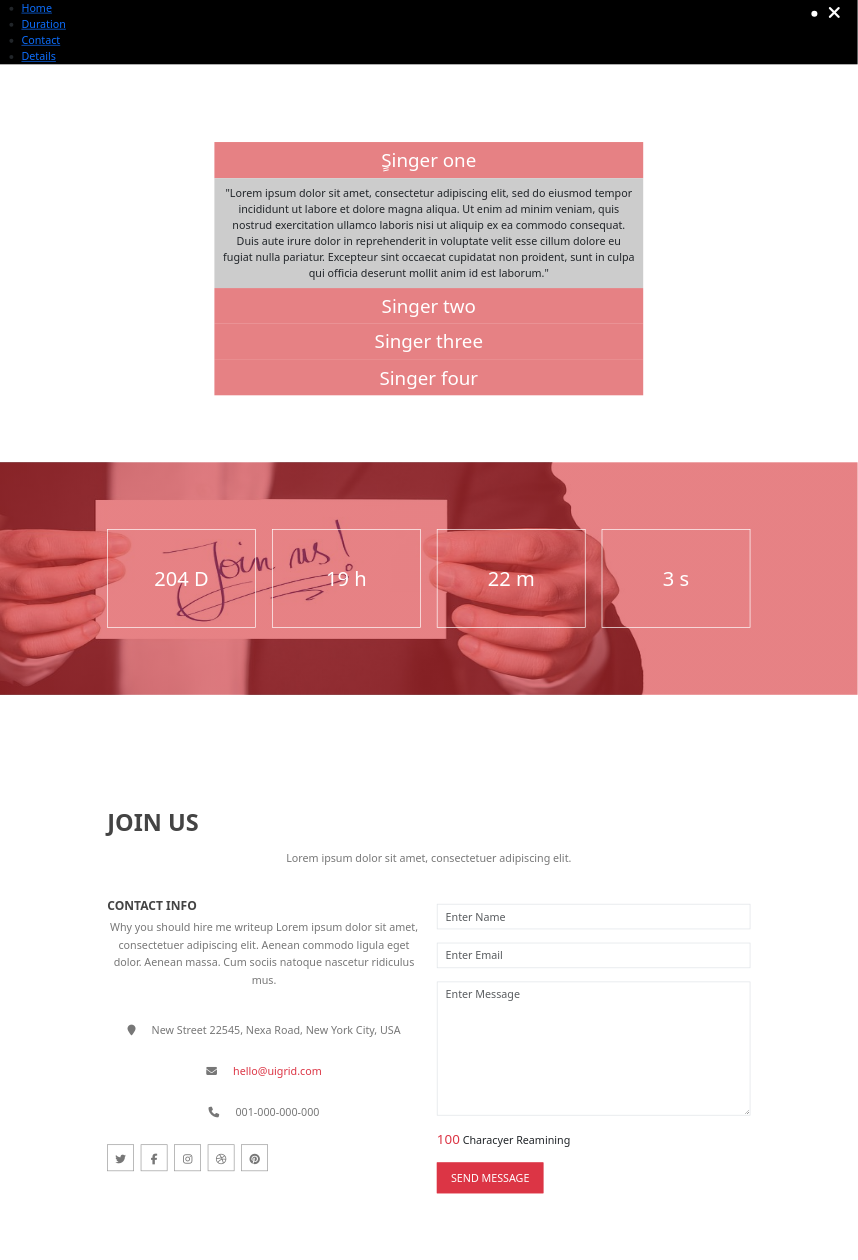
Repository: HagarYousry/jQuery
Page: index.html
The author's editor kept a copy of each file at every save. The page is drawn from the files as they stood at one save, then again after a run of saves.
The browser window is 1280 px wide. The pictures show the whole page, at 67% of full size.

Above is the page before, as saved 2024-07-25 18:00:05.

### index.html
<!DOCTYPE html>
<html lang="en">

<head>
    <meta charset="UTF-8">
    <meta name="viewport" content="width=device-width, initial-scale=1.0">
    <title>Egyption party</title>
    <!-- web fonts  -->
    <link rel="stylesheet" href="css/all.min.css">
    <!-- bootstrap -->
    <link rel="stylesheet" href="css/bootstrap.min.css">
    <!-- main css -->
    <link rel="stylesheet" href="css/main.css">
</head>

<body>
    <div id="home">
        <div class="home-content">

            <div class="sideNav bg-black">
                <ul>
                    <li class="p-0 closeIcon">
                        <i class="fa-solid fa-xmark "></i>
                    </li>
                     <li ><a class="sideNav-link" href="#home">Home</a></li>
                     <li ><a class="sideNav-link" href="#Acordion">Duration</a></li>
                     <li ><a class="sideNav-link" href="#contact">Contact</a></li>
                     <li ><a class="sideNav-link" href="#count">Details</a></li>
                </ul>
            </div>


        </div>
    </div>










    <!-- ! start sideNav section -->
    <!-- <section id="sideNav">
        <div class="navAnchor bg-black">
            <ul>
                <li class="p-0 closeIcon">
                    <i class="fa-solid fa-xmark "></i>
                </li>
                 <li ><a class="sideNav-link" href="#home">Home</a></li>
                 <li ><a class="sideNav-link" href="#Acordion">Duration</a></li>
                 <li ><a class="sideNav-link" href="#contact">Contact</a></li>
                 <li ><a class="sideNav-link" href="#count">Details</a></li>
            </ul>
        </div>

        <div class="navIcon align-self-center bg-danger bg-opacity-50 m-1 text-white p-2">
            <div class="navIcon-content d-flex align-items-center">
                <i class="fa-solid fa-bars"></i>
                <h4 class="ms-2">open</h4>
            </div>
        </div>
    </section> -->
    <!--! end sideNav section -->

    <!--! start header section  -->
    <!-- <header id="home" class="d-flex justify-content-center align-items-center flex-column">
        <div class="home-content text-center text-white">
            <h1>ُEgyption Party</h1>
            <p>Let's have Fun</p>
        </div>
    </header> -->
    <!--! end header section  -->

    <!-- start Acordion section  -->
    <section id="Acordion" class="text-center">

        <div class="container-fluid w-50 ">
            <h3 class="toggle ">ٍSinger one</h3>
            <div class="inner first">"Lorem ipsum dolor sit amet, consectetur adipiscing elit, sed do eiusmod tempor
                incididunt ut labore et dolore magna aliqua. Ut enim ad minim veniam, quis nostrud exercitation ullamco
                laboris nisi ut aliquip ex ea commodo consequat. Duis aute irure dolor in reprehenderit in voluptate
                velit
                esse cillum dolore eu fugiat nulla pariatur. Excepteur sint occaecat cupidatat non proident, sunt in
                culpa
                qui officia deserunt mollit anim id est laborum."
            </div>


            <h3 class="toggle">Singer two</h3>
            <div class="inner">"Sed ut perspiciatis unde omnis iste natus error sit voluptatem accusantium doloremque
                laudantium, totam rem aperiam, eaque ipsa quae ab illo inventore veritatis et quasi architecto beatae
                vitae
                dicta sunt explicabo. Nemo enim ipsam voluptatem quia voluptas sit aspernatur aut odit aut fugit, sed
                quia
                consequuntur magni dolores eos qui ratione voluptatem sequi nesciunt. Neque porro quisquam est, qui
                dolorem
                ipsum quia dolor sit amet, consectetur, adipisci velit, sed quia non numquam eius modi tempora incidunt
                ut
                labore et dolore magnam aliquam quaerat voluptatem. Ut enim ad minima veniam, quis nostrum
                exercitationem
                ullam corporis suscipit laboriosam, nisi ut aliquid ex ea commodi consequatur? Quis autem vel eum iure
                reprehenderit qui in ea voluptate velit esse quam nihil molestiae consequatur, vel illum qui dolorem eum
                fugiat quo voluptas nulla pariatur?"
            </div>


            <h3 class="toggle">Singer three</h3>
            <div class="inner">"But I must explain to you how all this mistaken idea of denouncing pleasure and praising
                pain was born and I will give you a complete account of the system, and expound the actual teachings of
                the
                great explorer of the truth, the master-builder of human happiness. No one rejects, dislikes, or avoids
                pleasure itself, because it is pleasure, but because those who do not know how to pursue pleasure
                rationally
                encounter consequences that are extremely painful. Nor again is there anyone who loves or pursues or
                desires
                to obtain pain of itself, because it is pain, but because occasionally circumstances occur in which toil
                and
                pain can procure him some great pleasure. To take a trivial example, which of us ever undertakes
                laborious
                physical exercise, except to obtain some advantage from it? But who has any right to find fault with a
                man
                who chooses to enjoy a pleasure that has no annoying consequences, or one who avoids a pain that
                produces no
                resultant pleasure?"
            </div>


            <h3 class="toggle">Singer four</h3>
            <div class="inner">"At vero eos et accusamus et iusto odio dignissimos ducimus qui blanditiis praesentium
                voluptatum deleniti atque corrupti quos dolores et quas molestias excepturi sint occaecati cupiditate
                non
                provident, similique sunt in culpa qui officia deserunt mollitia animi, id est laborum et dolorum fuga.
                Et
                harum quidem rerum facilis est et expedita distinctio. Nam libero tempore, cum soluta nobis est eligendi
                optio cumque nihil impedit quo minus id quod maxime placeat facere possimus, omnis voluptas assumenda
                est,
                omnis dolor repellendus. Temporibus autem quibusdam et aut officiis debitis aut rerum necessitatibus
                saepe
                eveniet ut et voluptates repudiandae sint et molestiae non recusandae. Itaque earum rerum hic tenetur a
                sapiente delectus, ut aut reiciendis voluptatibus maiores alias consequatur aut perferendis doloribus
                asperiores repellat."

            </div>

        </div>
    </section>
    <!-- end Acordion section  -->

    <!-- start count section  -->
    <section id="count">
        <div class="container-fluid w-75 text-center text-white">
            <div class="row">
                <div class="col-md-3">
                    <div class="time">
                        <span class="days">00</span>
                    </div>
                </div>

                <div class="col-md-3">
                    <div class="time">
                        <span class="hours">00</span>
                    </div>
                </div>

                <div class="col-md-3">
                    <div class="time">
                        <span class="minutes">00</span>
                    </div>
                </div>

                <div class="col-md-3">
                    <div class="time">
                        <span class="seconds">00</span>
                    </div>
                </div>

            </div>
        </div>
    </section>
    <!-- end count section  -->

    <!-- start contact-us section  -->
    <section id="contact">
        <div class="container-fluid w-75">
            <div class="head">
                <h2 class="text-uppercase fw-bold">Join Us</h2>
                <p class="text-center">Lorem ipsum dolor sit amet, consectetuer adipiscing elit.</p>
            </div>
            <div class="row mt-5">
                <div class="col-md-6">
                    <div class="col-info">
                        <h3 class="text-uppercase">CONTACT INFO</h3>
                        <p class="text-center">Why you should hire me writeup Lorem ipsum dolor sit amet, consectetuer
                            adipiscing elit.
                            Aenean commodo ligula eget dolor. Aenean massa. Cum sociis natoque nascetur ridiculus mus.
                        </p>

                        <div class="icons text-center">
                            <p><i class="fa fa-map-marker"></i> New Street 22545, Nexa Road, New York City, USA</p>

                            <p class="text-danger"><i class="fa fa-envelope"></i> hello@uigrid.com</p>
                            <p><i class="fa fa-phone"></i> 001-000-000-000</p>
                        </div>

                        <div class="social d-flex align-items-center">

                            <i class="fab fa-twitter fa-fw"></i>
                            <i class="fab fa-facebook-f fa-fw"></i>
                            <i class="fab fa-instagram fa-fw"></i>
                            <i class="fab fa-dribbble fa-fw"></i>
                            <i class="fab fa-pinterest fa-fw"></i>

                        </div>
                    </div>
                </div>

                <div class="col-md-6">
                    <form>

                        <input class="form-control mt-2" type="text" placeholder="Enter Name">
                        <input class="form-control" type="email" placeholder="Enter Email">
                        <textarea class="form-control " placeholder="Enter Message"></textarea>
                        <span id="chars" class="text-danger">100</span> Characyer Reamining
                        <button class="btn btn-danger text-uppercase">Send Message</button>

                    </form>
                </div>
            </div>
        </div>
    </section>
    <!-- end contact-us section  -->


    <!-- jquery  -->
    <script src="js/jquery-3.7.1.min.js"></script>
    <!-- index js  -->
    <script src="js/index.js"></script>


</body>

</html>

### css/main.css
/* start side nav  */
#sideNav {
    position: fixed;
    top: 0;
    bottom: 0;
    left: 0;
    display: flex;
    z-index: 9999;
}

#sideNav .navAnchor {
    padding: 40px 0 0 0;
    position: relative;
}

#sideNav .navAnchor ul {
    padding: 0 20px 0 20px;
}

#sideNav .navAnchor ul li {
    padding: 25px;
    list-style: none;
    cursor: pointer;
}

#sideNav .navAnchor ul li:hover a {
    color: rgba(214, 46, 51, 0.4);
}

#sideNav .navAnchor ul li a {
    text-decoration: none;
    font-size: 25px;
    color: white;
    transition: 0.3s all;
}


.closeIcon {
    position: absolute;
    top: 0;
    right: 25px;
    font-size: 26px;
    margin-left: 50px;
    color: white;
}

.navIcon {
    border-radius: 20px 20px;
}

.navIcon i,
.navIcon h4 {
    font-size: 30px;
    cursor: pointer;
}

@media (max-width: 991.98px) {
    .navIcon {
        align-self: flex-start !important;
    }

    .navIcon .navIcon-content {
        flex-direction: column;
    }
}

/* end side nav  */

/* start header section*/
header {
    height: 100vh;
    background-image: linear-gradient(rgba(214, 46, 51, 0.6), rgba(214, 46, 51, 0.6)),
        url(../imgs/events-heavenly-header.jpg);
    background-position: center;
    background-size: cover;
    background-repeat: no-repeat;
}

header h1 {
    font-size: 60px;
}

/* end header section*/

/* start Acordion section  */
#Acordion {
    padding: 100px auto;
}

.toggle {
    background-color: rgba(214, 46, 51, 0.6);
    cursor: pointer;
    color: white;
    padding: 10px;
    margin: 0px;
}

.inner {
    background-color: rgb(204, 204, 204);
    display: none;
    padding: 10px;
}

#Acordion .first {
    display: block;
}

/* end Acordion section  */

/* start count section  */

#count {
    background-image: linear-gradient(rgba(214, 46, 51, 0.6), rgba(214, 46, 51, 0.6)), url(../imgs/invitation-2508607__340.jpg);
    background-repeat: no-repeat;
    background-position: center center;
    background-size: 100% 100%;
    position: relative;
}

.container-fluid {
    padding: 100px 0px;
}

.time {
    padding: 50px;
    border: 1px solid #FFF;
    font-weight: 500;
    font-size: 30px;
}

/* end count section  */

/* start contact-us section  */
#contact {
    margin-top: 70px;
}

#contact .head h2 {
    font-size: 35px;
    color: #444;
    margin-bottom: 20px;
}

#contact .head p {
    color: #777;
    font-weight: 300;
    font-size: 16px;
}

#contact .col-md-6 .col-info .icons {
    margin-top: 50px;
}

#contact .col-md-6 .col-info .icons p {
    margin-bottom: 35px;
}

#contact .col-md-6 .col-info h3 {
    color: #444;
    font-size: 18px;
    font-weight: 900;
}

#contact .col-md-6 .col-info p {
    font-size: 16px;
    line-height: 26px;
    color: #777;
}

#contact i {
    margin-right: 20px;
    color: #777;
}

#contact .col-md-6 .col-info .social i {
    margin-right: 10px;
    border: 1px solid #999;
    width: 40px;
    height: 40px;
    line-height: 42px;
    cursor: pointer;
    text-align: center;
    transition: 0.5s all;
}

#contact .col-md-6 .col-info .social i:hover {
    color: #fff;
    background-color: #D62E33;
    border: 1px solid #D62E33;
}

#contact .col-md-6 form input,
#contact .col-md-6 form textarea {
    margin-bottom: 20px;
    border-radius: 0;
}

#contact .col-md-6 form textarea {
    height: 200px;
    resize: vertical;
}

#contact .col-md-6 form button {
    padding: 10px 20px;
    border-radius: 0;
    margin-top: 20px;
    display: block;
}

#contact .col-md-6 form #chars {
    font-size: 20px;
}
/* end contact-us section  */

### js/index.js
/// <reference types="../@types/jquery"/>

// start sideNav section

const navAnchorwidth = $('.navAnchor').outerWidth(true);

// console.log(navAnchorwidth);

//! first: Close sideNav
$('#sideNav')
    .animate({ left: -navAnchorwidth }, 0);

let isOpen = false

//! second: on click "navIcon" ,toggle open & close sideNav
$('#sideNav .navIcon')
    .on('click', function () {
        let status;
        // = isOpen ? -navAnchorwidth : 0;
        if (isOpen) {
            status = -navAnchorwidth
            $('.home-content').animate({ marginLeft: 0 }, 1000)
        } else {
            status = 0
            $('.home-content').animate({ marginLeft: navAnchorwidth }, 1000)
        }
        isOpen = !isOpen;

        $(this).parent()
            .animate({ left: status }, 1000)

    })

//! closeIcon
$('.closeIcon')
    .on('click', function () {
        isOpen = !isOpen;
        $('#sideNav')
            .animate({ left: -navAnchorwidth }, 1000);
        $('.home-content').animate({ marginLeft: 0 }, 1000)
    })


//! scroll to sections
$('.sideNav-link[href^="#"]')
    .on('click', function () {
        const sectionId = $(this).attr('href');
        // console.log(section);
        //! get section top
        const sectionTop = $(sectionId).offset().top;
        // console.log(top);
        $('html , body')
            .animate({ scrollTop: sectionTop }, 2000)
    })

// end sideNav section

// start Acordion section
//! slideToggle effect
$('#Acordion .toggle').on('click', function () {
    //! slide up all inner except the one i clicked on
    $('.inner').not($(this).next()).slideUp(500);
    //! slide toggle
    $(this).next().slideToggle(500);
});
// end Acordion section

//start count section
$(window).on('load', function () {
    countDownTime("24 january 2025 00:00:00");
})


function countDownTime(countTo) {

    //! get countTo date
    let futureDate = new Date(countTo);
    futureDate = (futureDate.getTime() / 1000);
    // console.log(futureDate);

    //! get current date
    let now = new Date();
    // console.log(now);
    now = (now.getTime() / 1000);

    //! get the difference between current date and countTo date by sec
    timeDifference = (futureDate - now);

    //?(24 * 60 * 60) ==> num. of sec in day ==> 86400
    let days = Math.floor(timeDifference / 86400);
    let hours = Math.floor((timeDifference - (days * 86400)) / 3600);
    let mins = Math.floor((timeDifference - (days * 86400) - (hours * 3600)) / 60);
    let secs = Math.floor((timeDifference - (days * 86400) - (hours * 3600) - (mins * 60)))


    $(".days").html(`${days} D`);
    $(".hours").html(`${hours} h`);
    $(".minutes").html(`${mins} m`);
    $('.seconds').html(`${secs} s`)

    //! Repeating the Countdown Every Second
    setInterval(function () {
        countDownTime(countTo);
    }, 1000);
}
//end count section

//start contact-us section
let maxLength = 100;
$('textarea').on('keyup', function () {
    //! val as getter ==> lenght
    let length = $(this).val().length;
    // console.log(length);
    let AmountLeft = maxLength - length;
    console.log(AmountLeft);
    if (AmountLeft <= 0) {
        $("#chars").text("your available characters finished");
    }
    else {
        $("#chars").text(AmountLeft);
    }
});
//end contact-us section

Loaded but not shown: css/all.min.css (library); css/bootstrap.min.css (library); js/jquery-3.7.1.min.js (library)

After the next 2 saves:
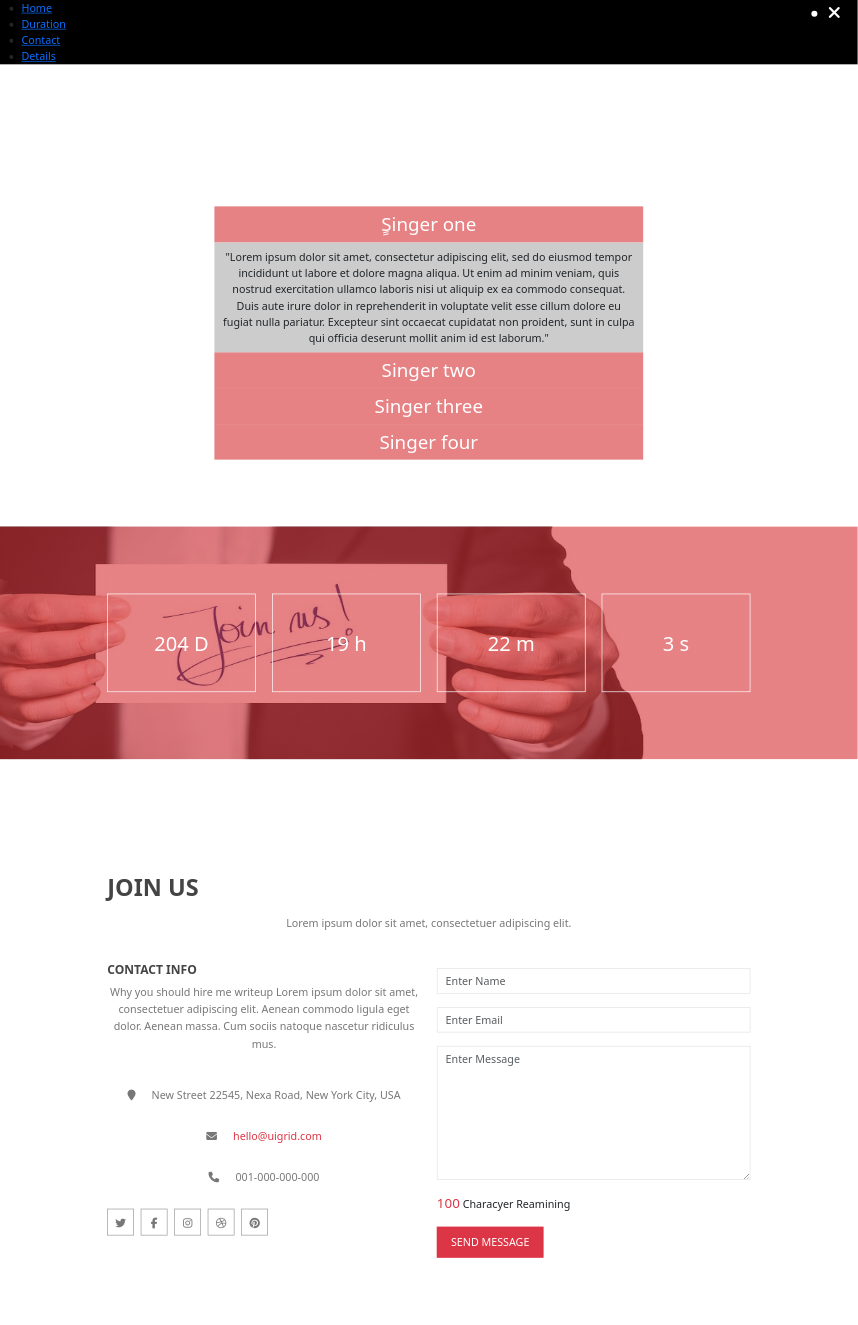
The 2 saves are shown as one change because they came seconds apart.
The last was saved 25 s later.
--- a/index.html
+++ b/index.html
@@ -27,6 +27,11 @@
                      <li ><a class="sideNav-link" href="#contact">Contact</a></li>
                      <li ><a class="sideNav-link" href="#count">Details</a></li>
                 </ul>
+            </div>
+
+            <div class="home-content text-center text-white">
+                <h1>ُEgyption Party</h1>
+                <p>Let's have Fun</p>
             </div>
 
 
